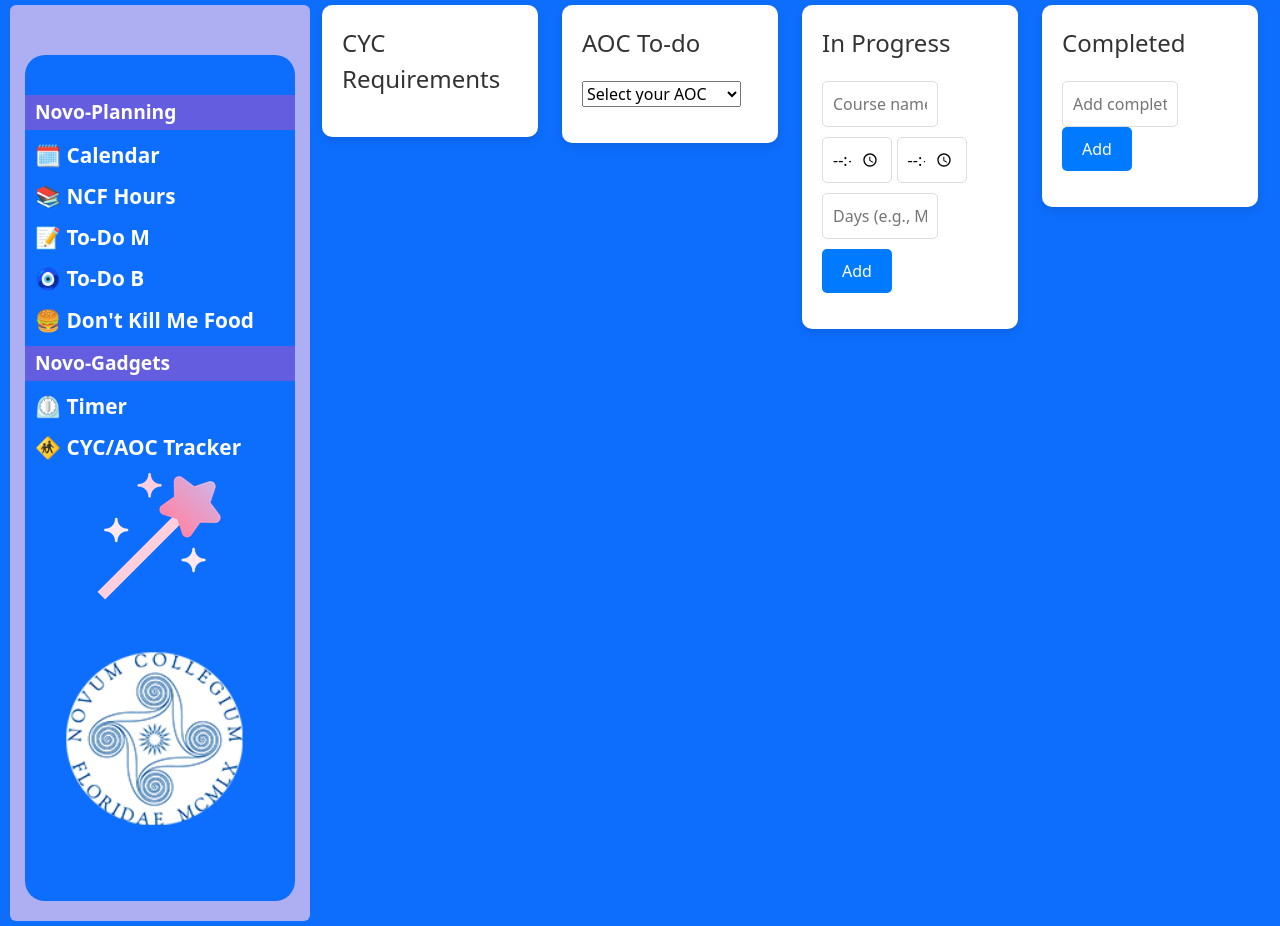
Repository: NateClarkTech/SoftwareEngineeringProject2
Page: NovoTaskNinja/templates/NovoTaskNinja/cycreq.html
These files come from the project's save history. The page is drawn as it stood at one moment and after the next save; the edit follows.
The browser window is 1280 px wide. The pictures show the whole page.
The template is drawn by Django 5.2. The application's start-up code is not run. The template is opened directly, without the code that normally fills it, so the values that code supplies are empty.

Above is the page before, as saved 2024-03-01 16:42:39.

After the next save:
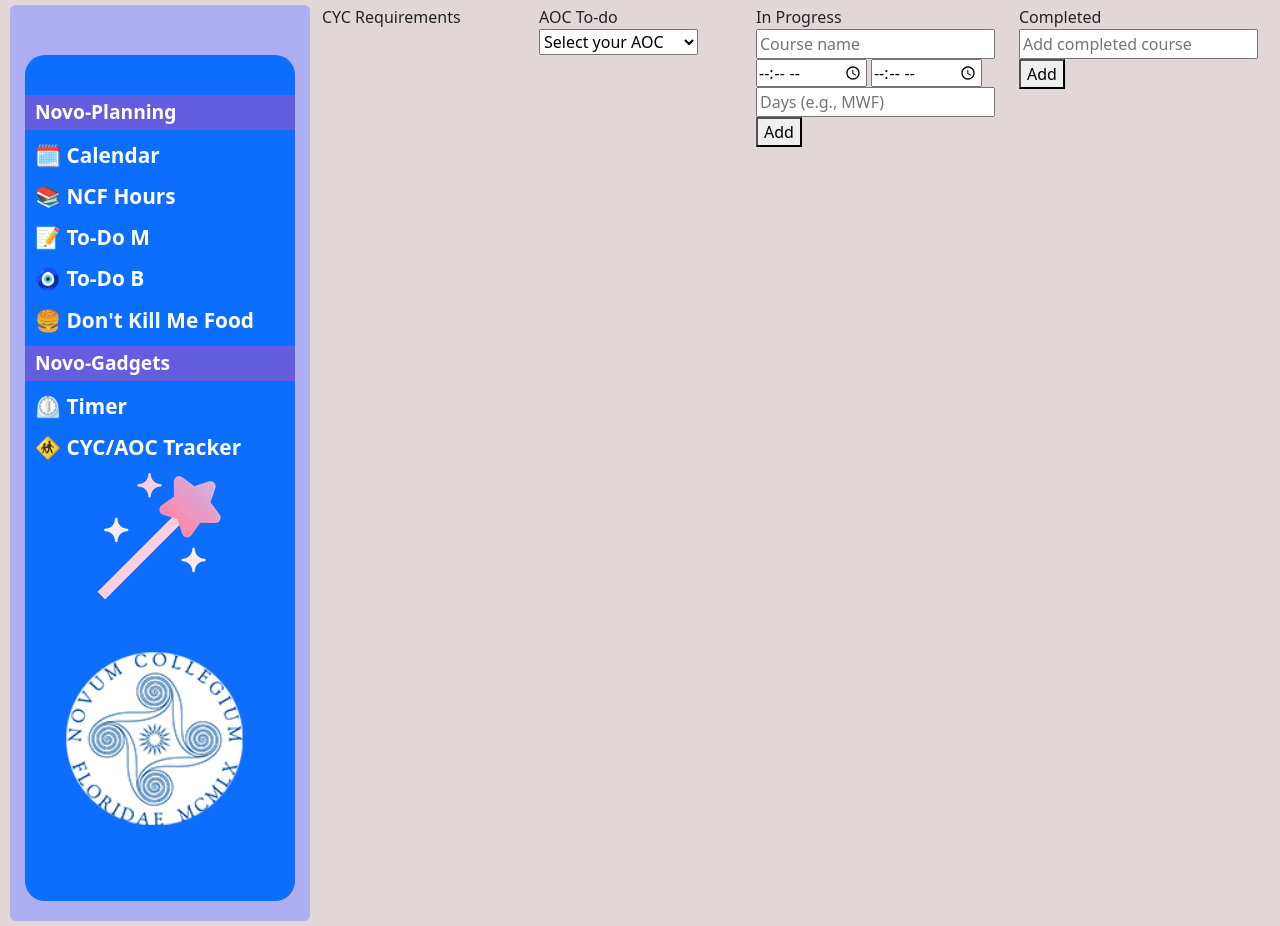
Saved 75 s later.
--- a/NovoTaskNinja/templates/NovoTaskNinja/cycreq.html
+++ b/NovoTaskNinja/templates/NovoTaskNinja/cycreq.html
@@ -1,16 +1,9 @@
 {% extends './base.html' %}
 {% load static %}
 
+{% block title %}CYC/AOC Requirements Tracker{% endblock %}
+
 {% block content %}
-<html lang="en">
-<head>
-    <meta charset="UTF-8">
-    <meta name="viewport" content="width=device-width, initial-scale=1.0">
-    <title>CYC/AOC Requirements Tracker</title>
-    <link rel="stylesheet" href="{% static 'css/cycreq/cycreq.css' %}">
-</head>
-<body>
-
 <div class="container">
     <div class="row">
         <div class="col">
@@ -118,6 +111,4 @@
 </div>
 
 <script src="{% static 'js/cycreq/cycreq.js' %}"></script>
-</body>
-</html>
 {% endblock %}

After the save that followed:
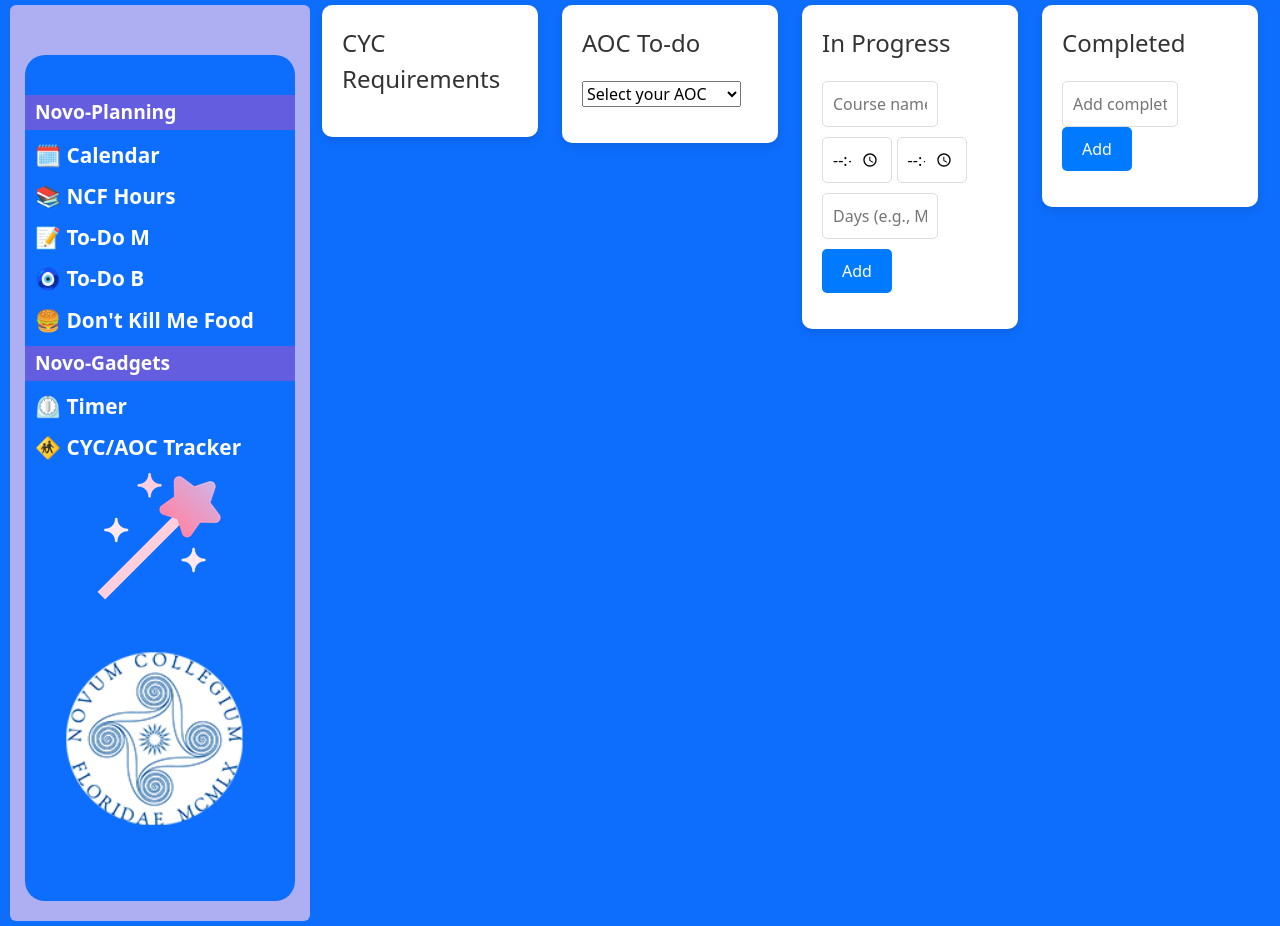
Saved 14 s later.
--- a/NovoTaskNinja/templates/NovoTaskNinja/cycreq.html
+++ b/NovoTaskNinja/templates/NovoTaskNinja/cycreq.html
@@ -1,9 +1,16 @@
 {% extends './base.html' %}
 {% load static %}
 
-{% block title %}CYC/AOC Requirements Tracker{% endblock %}
+{% block content %}
+<html lang="en">
+<head>
+    <meta charset="UTF-8">
+    <meta name="viewport" content="width=device-width, initial-scale=1.0">
+    <title>CYC/AOC Requirements Tracker</title>
+    <link rel="stylesheet" href="{% static 'css/cycreq/cycreq.css' %}">
+</head>
+<body>
 
-{% block content %}
 <div class="container">
     <div class="row">
         <div class="col">
@@ -111,4 +118,6 @@
 </div>
 
 <script src="{% static 'js/cycreq/cycreq.js' %}"></script>
+</body>
+</html>
 {% endblock %}
